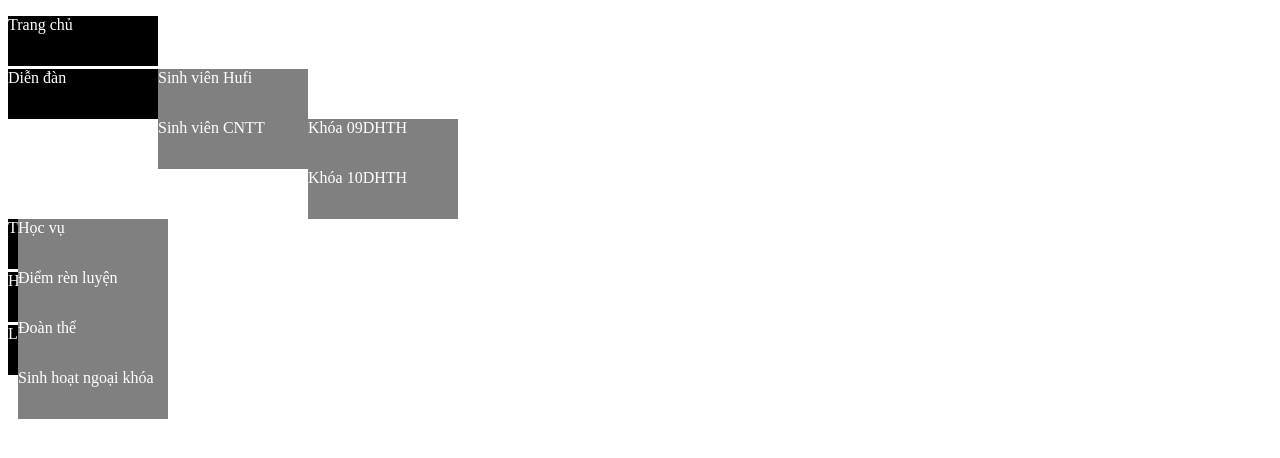
Repository: Tan-Khang21/TH_TKW--Buoi_08
Page: Bai_Tap_Tren_Lop/Bai_02/Bai_02.html
The author's editor kept a copy of each file at every save. The page is drawn from the files as they stood at one save, then again after the next save.
The browser window is 1280 px wide. The pictures show the whole page.

Above is the page before, as saved 2024-03-12 20:52:25.

After the next save:
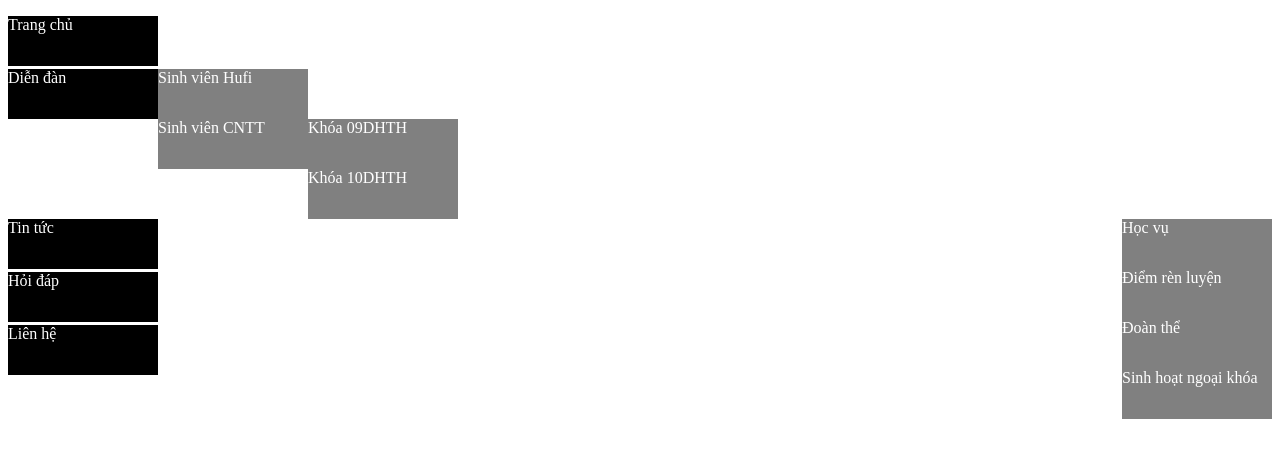
Saved 61 s later.
--- a/Bai_Tap_Tren_Lop/Bai_02/Bai_02.html
+++ b/Bai_Tap_Tren_Lop/Bai_02/Bai_02.html
@@ -31,11 +31,7 @@
         >
           Tin tức
         </li>
-        <ul
-          type="none"
-          class="list2"
-          style="position: absolute; transform: translateX(10px)"
-        >
+        <ul type="none" class="list2" style="position: absolute; right: 0">
           <li class="list2_item">Học vụ</li>
           <li class="list2_item">Điểm rèn luyện</li>
           <li class="list2_item">Đoàn thể</li>
